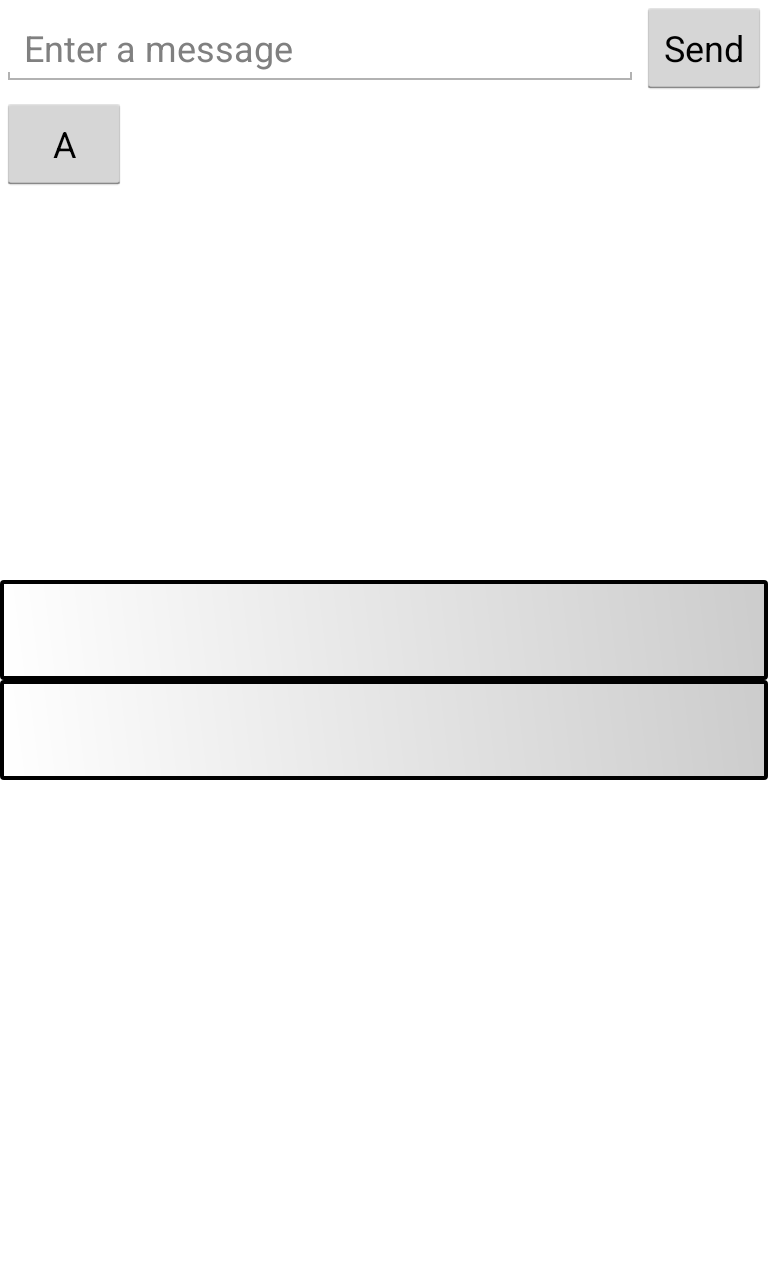
Repository: Jwonsever/AndroidPiano
Layout: HelloWorld/res/layout/activity_main.xml
An editor plug-in stored every save of this project. The layout is shown before and after the next save, followed by the edit.
It is drawn on a 768 x 1280 px phone screen (xhdpi) without system bars, with theme AppTheme; the app's code is not run.

Above is the layout before, as saved 2013-11-08 04:03:52.

After the next save:
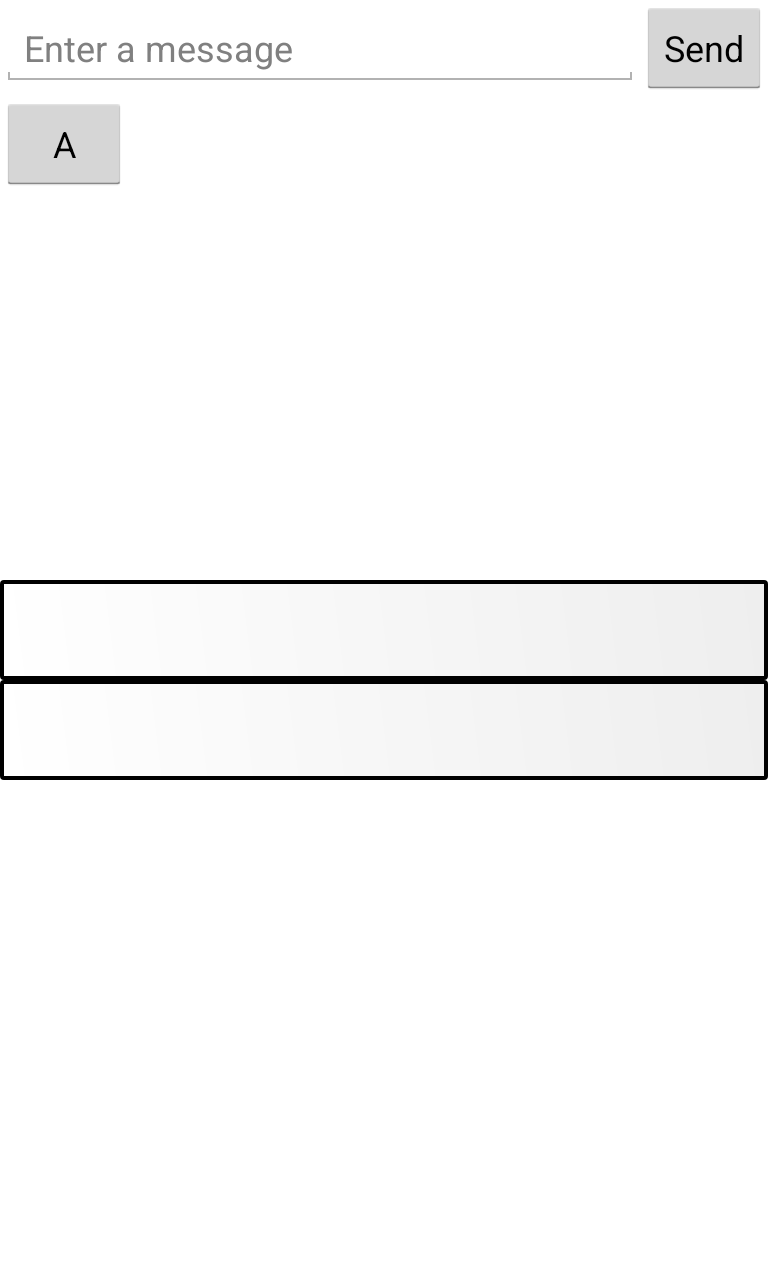
Saved 24 s later.
--- a/HelloWorld/res/drawable/piano_key.xml
+++ b/HelloWorld/res/drawable/piano_key.xml
@@ -4,7 +4,7 @@
     <gradient
         android:angle="225"
         android:endColor="#FFFFFF"
-        android:startColor="#CCCCCC" />
+        android:startColor="#EEEEEE" />
 
     <corners
         android:bottomLeftRadius="1dp"
